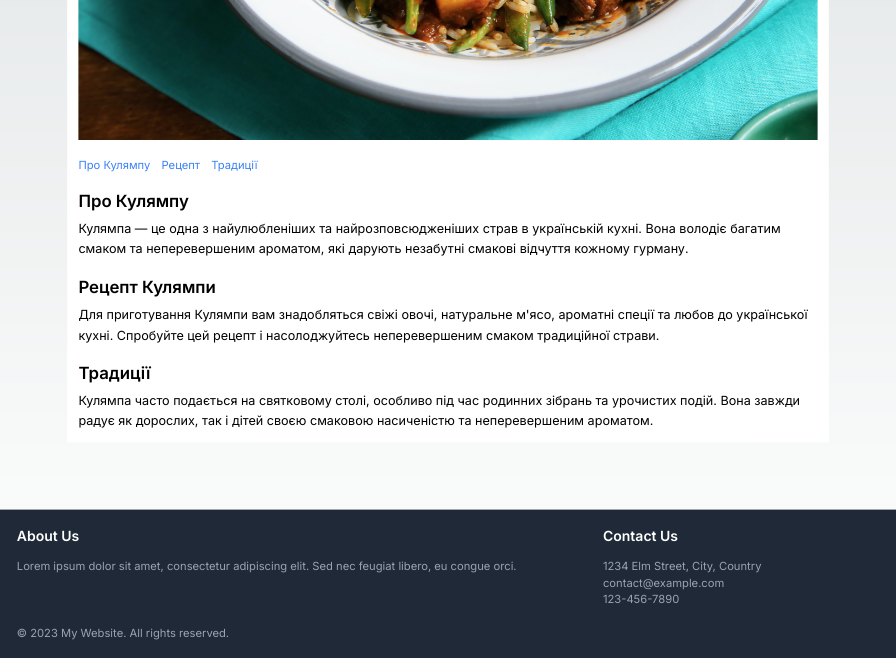
Repository: nika-otter/Kulyampa
Page: /
The author's editor kept a copy of each file at every save. The page is drawn from the files as they stood at one save, then again after the next save.
The browser window is 1280 px wide. The pictures show the part of the page from y = 760 to 2680 px (the page is 1700 px tall before and 2680 px after), at 70% of full size.
The project was rebuilt for these pictures with package versions that can differ from the ones it lists, and the page was loaded fresh each time. The framework's server and built-in components were replaced by stand-ins that run in the browser. Also part of the build but not shown: next.config.js.

Above is the page before, as saved 2023-08-19 02:16:39.

After the next save:
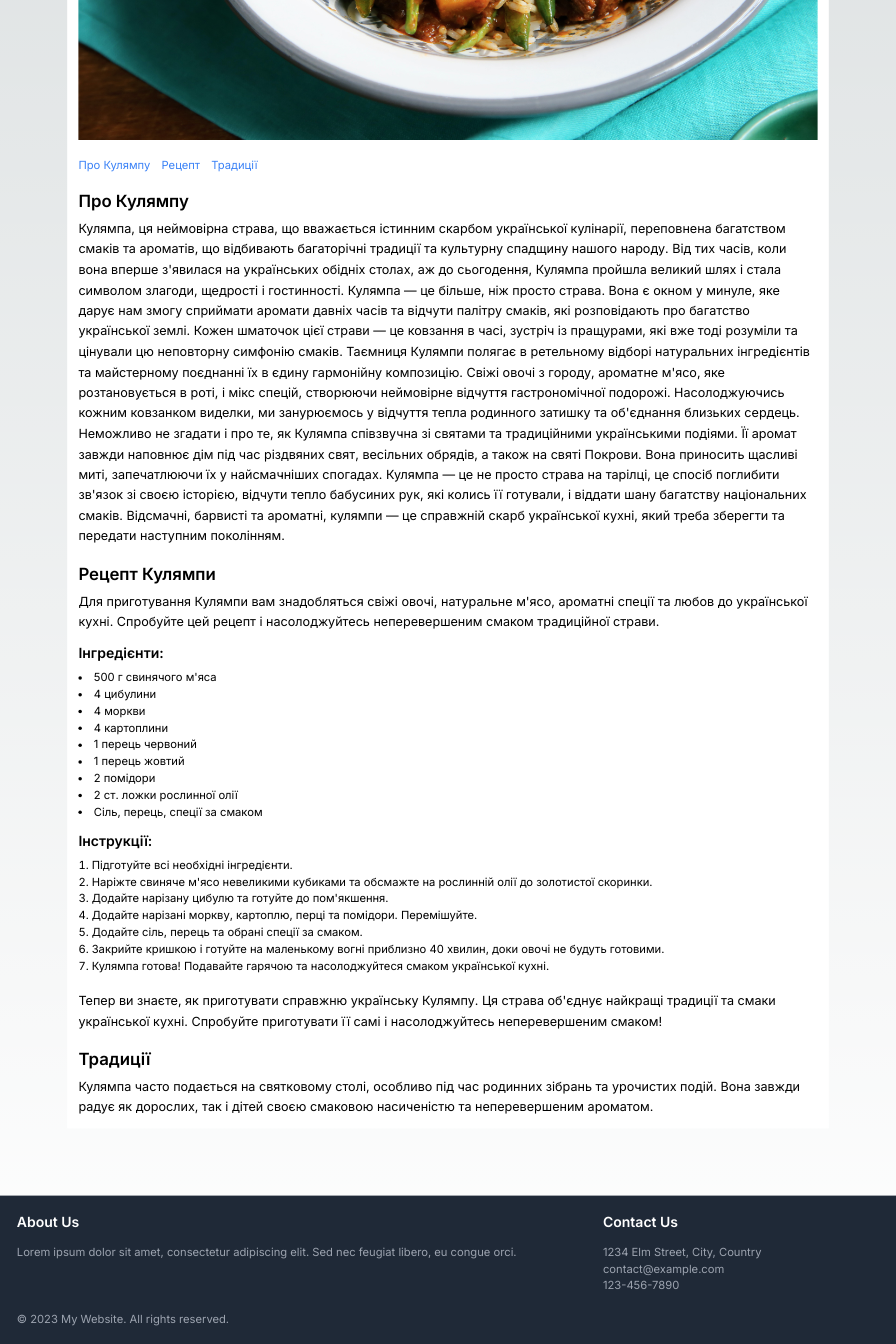
Saved 2 min 45 s later.
--- a/components/Kulyampa.tsx
+++ b/components/Kulyampa.tsx
@@ -31,20 +31,55 @@ const Kulyampa = () => {
       <section id="about" className="mb-6">
         <h2 className="text-2xl font-semibold mb-2">Про Кулямпу</h2>
         <p className="text-lg leading-relaxed mb-4">
-          Кулямпа — це одна з найулюбленіших та найрозповсюдженіших страв
-          в українській кухні. Вона володіє багатим смаком та неперевершеним
-          ароматом, які дарують незабутні смакові відчуття кожному гурману.
+          Кулямпа, ця неймовірна страва, що вважається істинним скарбом української кулінарії, переповнена багатством смаків та ароматів, що відбивають багаторічні традиції та культурну спадщину нашого народу. Від тих часів, коли вона вперше з'явилася на українських обідніх столах, аж до сьогодення, Кулямпа пройшла великий шлях і стала символом злагоди, щедрості і гостинності.
+
+Кулямпа — це більше, ніж просто страва. Вона є окном у минуле, яке дарує нам змогу сприймати аромати давніх часів та відчути палітру смаків, які розповідають про багатство української землі. Кожен шматочок цієї страви — це ковзання в часі, зустріч із пращурами, які вже тоді розуміли та цінували цю неповторну симфонію смаків.
+
+Таємниця Кулямпи полягає в ретельному відборі натуральних інгредієнтів та майстерному поєднанні їх в єдину гармонійну композицію. Свіжі овочі з городу, ароматне м'ясо, яке розтановується в роті, і мікс спецій, створюючи неймовірне відчуття гастрономічної подорожі. Насолоджуючись кожним ковзанком виделки, ми занурюємось у відчуття тепла родинного затишку та об'єднання близьких сердець.
+
+Неможливо не згадати і про те, як Кулямпа співзвучна зі святами та традиційними українськими подіями. Її аромат завжди наповнює дім під час різдвяних свят, весільних обрядів, а також на святі Покрови. Вона приносить щасливі миті, запечатлюючи їх у найсмачніших спогадах.
+
+Кулямпа — це не просто страва на тарілці, це спосіб поглибити зв'язок зі своєю історією, відчути тепло бабусиних рук, які колись її готували, і віддати шану багатству національних смаків. Відсмачні, барвисті та ароматні, кулямпи — це справжній скарб української кухні, який треба зберегти та передати наступним поколінням.
         </p>
       </section>
 
       <section id="recipe" className="mb-6">
         <h2 className="text-2xl font-semibold mb-2">Рецепт Кулямпи</h2>
         <p className="text-lg leading-relaxed mb-4">
-          Для приготування Кулямпи вам знадобляться свіжі овочі, натуральне м'ясо,
-          ароматні спеції та любов до української кухні. Спробуйте цей рецепт і
-          насолоджуйтесь неперевершеним смаком традиційної страви.
-        </p>
-        {/* Add the recipe steps here */}
+        Для приготування Кулямпи вам знадобляться свіжі овочі, натуральне м'ясо,
+        ароматні спеції та любов до української кухні. Спробуйте цей рецепт і
+        насолоджуйтесь неперевершеним смаком традиційної страви.
+      </p>
+
+      <h3 className="text-xl font-semibold mb-2">Інгредієнти:</h3>
+      <ul className="list-disc list-inside mb-4">
+        <li>500 г свинячого м'яса</li>
+        <li>4 цибулини</li>
+        <li>4 моркви</li>
+        <li>4 картоплини</li>
+        <li>1 перець червоний</li>
+        <li>1 перець жовтий</li>
+        <li>2 помідори</li>
+        <li>2 ст. ложки рослинної олії</li>
+        <li>Сіль, перець, спеції за смаком</li>
+      </ul>
+
+      <h3 className="text-xl font-semibold mb-2">Інструкції:</h3>
+      <ol className="list-decimal list-inside mb-6">
+        <li>Підготуйте всі необхідні інгредієнти.</li>
+        <li>Наріжте свиняче м'ясо невеликими кубиками та обсмажте на рослинній олії до золотистої скоринки.</li>
+        <li>Додайте нарізану цибулю та готуйте до пом'якшення.</li>
+        <li>Додайте нарізані моркву, картоплю, перці та помідори. Перемішуйте.</li>
+        <li>Додайте сіль, перець та обрані спеції за смаком.</li>
+        <li>Закрийте кришкою і готуйте на маленькому вогні приблизно 40 хвилин, доки овочі не будуть готовими.</li>
+        <li>Кулямпа готова! Подавайте гарячою та насолоджуйтеся смаком української кухні.</li>
+      </ol>
+
+      <p className="text-lg leading-relaxed">
+        Тепер ви знаєте, як приготувати справжню українську Кулямпу. Ця страва
+        об'єднує найкращі традиції та смаки української кухні. Спробуйте приготувати
+        її самі і насолоджуйтесь неперевершеним смаком!
+      </p>
       </section>
 
       <section id="traditions">
